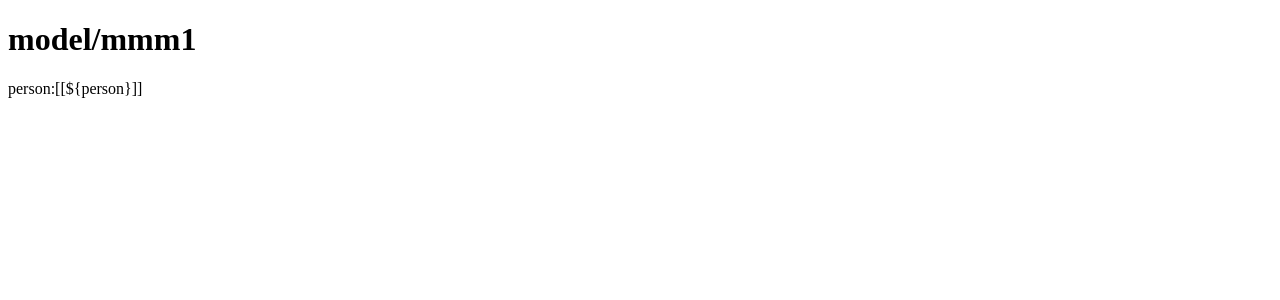
Repository: Yousehyeon/spring_work
Page: stsMvcProj/src/main/webapp/views/model/mmm1.html
An editor plug-in stored every save of this project. The page is shown before and after the next save, followed by the edit.
The browser window is 1280 px wide. The pictures show the whole page.

Above is the page before, as saved 2023-08-23 06:59:00.

After the next save:
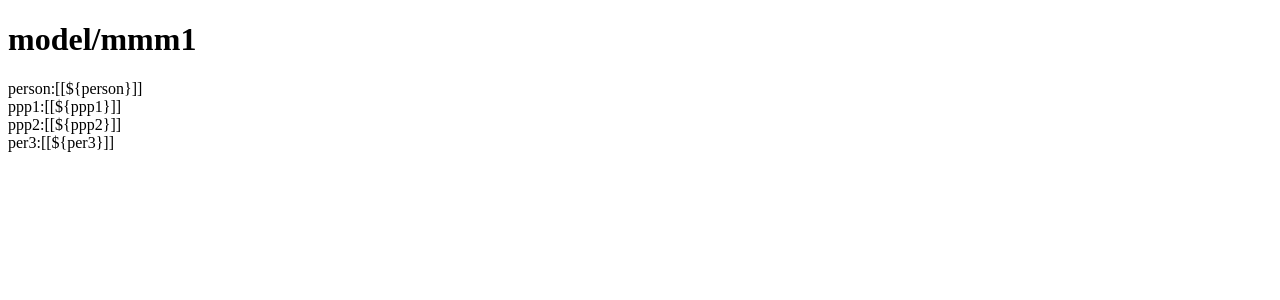
Saved 6 min 50 s later.
--- a/stsMvcProj/src/main/webapp/views/model/mmm1.html
+++ b/stsMvcProj/src/main/webapp/views/model/mmm1.html
@@ -6,6 +6,9 @@
 </head>
 <body>
 <h1>model/mmm1</h1>
-person:[[${person}]]
+person:[[${person}]]<br/>
+ppp1:[[${ppp1}]]<br/>
+ppp2:[[${ppp2}]]<br/>
+per3:[[${per3}]]<br/>
 </body>
 </html>
